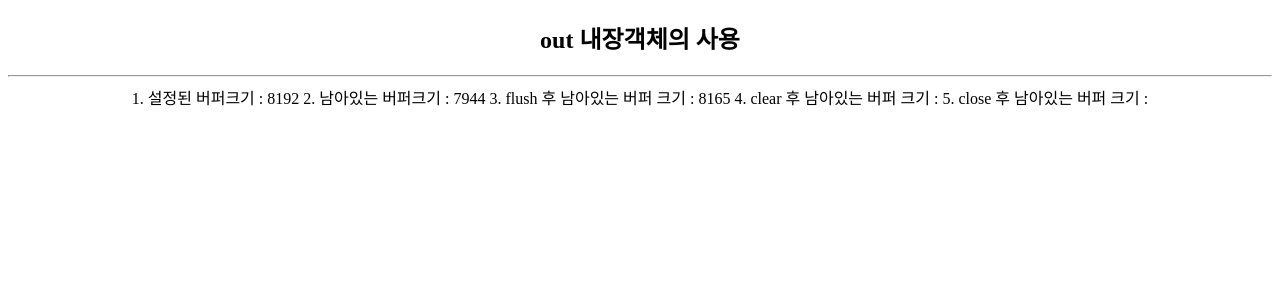
Repository: donggeonoh/My_Source
Page: http://localhost/WebProgramming/ch06/out.jsp
An editor plug-in stored every save of this project. The page is shown before and after the next save, followed by the edit.
The browser window is 1280 px wide. The pictures show the whole page.
The page is served by Tomcat 9.

Above is the page before, as saved 2016-10-13 11:04:01.

After the next save:
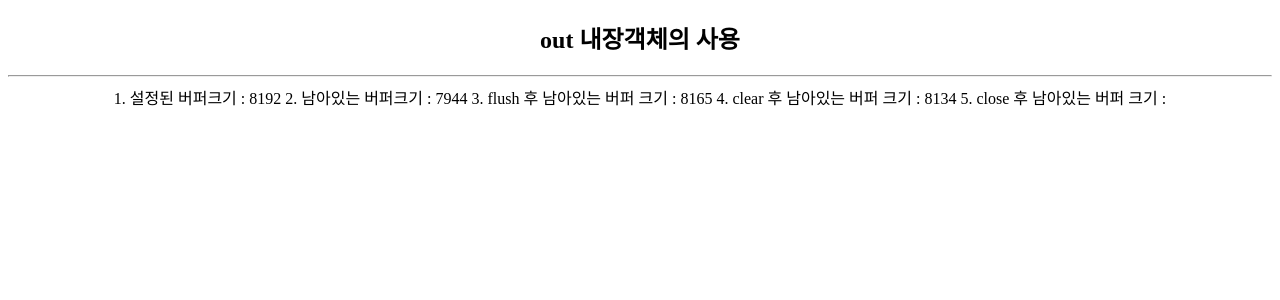
Saved 9 s later.
--- a/JSP-Web Source/WebProgramming/WebContent/ch06/out.jsp
+++ b/JSP-Web Source/WebProgramming/WebContent/ch06/out.jsp
@@ -12,7 +12,7 @@
 		2. 남아있는 버퍼크기 : <%= out.getRemaining() %>
 		<%out.flush(); %>
 		3. flush 후 남아있는 버퍼 크기 : <%= out.getRemaining() %>
-		4. clear 후 남아있는 버퍼 크기 :
+		4. clear 후 남아있는 버퍼 크기 : <%= out.getRemaining() %>
 		5. close 후 남아있는 버퍼 크기 :
 
 	</div>
